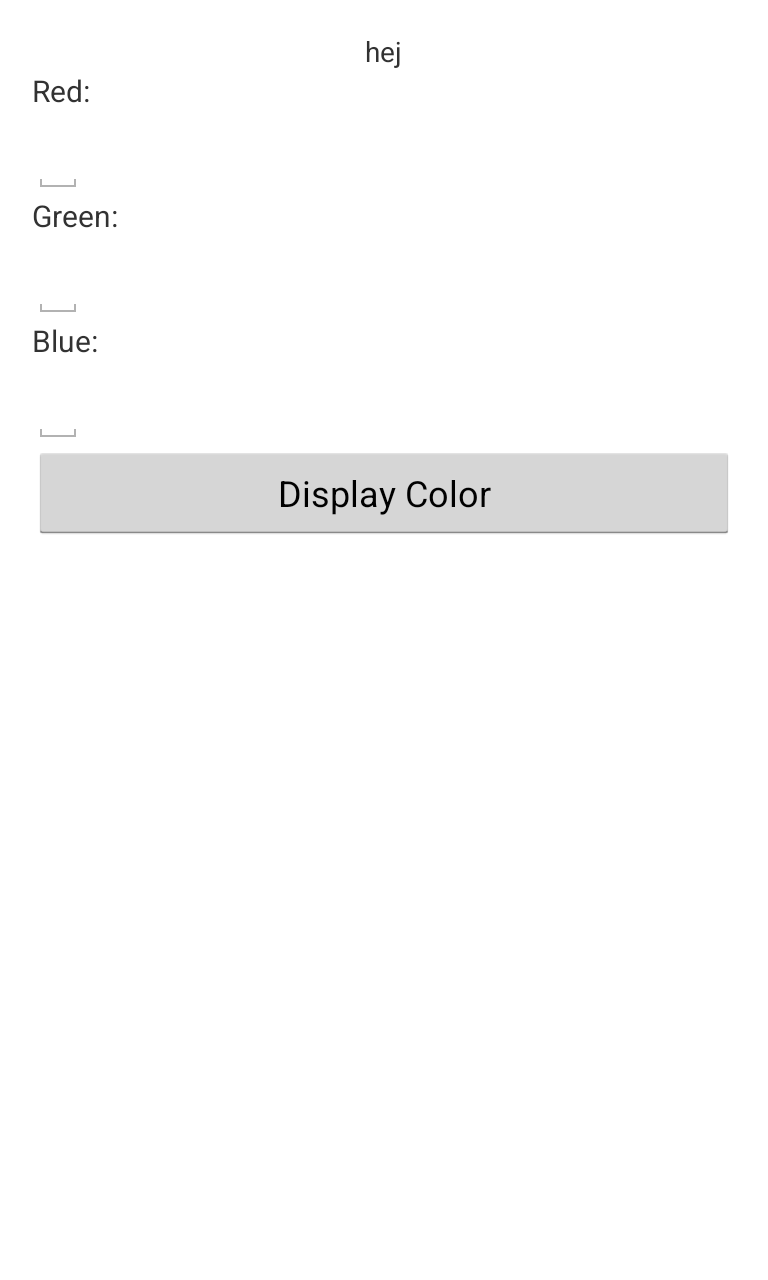
Repository: ek222mw/IDV436_API_Komponent
Layout: labb1_Colours/res/layout/activity_main.xml
The author's editor kept a copy of each file at every save. The layout is drawn from the files as they stood at one save, then again after the next save.
It is drawn on a 768 x 1280 px phone screen (xhdpi) without system bars, with theme AppTheme; the app's code is not run.

Above is the layout before, as saved 2014-11-17 14:55:02.

### labb1_Colours/res/layout/activity_main.xml
<LinearLayout xmlns:android="http://schemas.android.com/apk/res/android"
    xmlns:tools="http://schemas.android.com/tools"
    android:orientation="vertical"
    android:layout_width="match_parent"
    android:layout_height="match_parent"
    android:paddingBottom="@dimen/activity_vertical_margin"
    android:paddingLeft="@dimen/activity_horizontal_margin"
    android:paddingRight="@dimen/activity_horizontal_margin"
    android:paddingTop="@dimen/activity_vertical_margin"
    tools:context="com.example.randomize.RandomNum" >

    <TextView
       android:id="@+id/result"
        android:layout_width="wrap_content"
        android:layout_height="wrap_content"
        android:text="@string/result"
        android:layout_gravity="center"

         />



    <TextView

        android:layout_width="wrap_content"
        android:layout_height="wrap_content"
        android:text="@string/red"
        android:layout_gravity="left"
        android:textSize="15sp"
         />

    <EditText android:id="@+id/edit_text_red"

        android:layout_width="wrap_content"
        android:layout_height="wrap_content"
        android:textSize="20sp"
        android:hint="@string/edit_text_red" />

     <TextView

        android:layout_width="wrap_content"
        android:layout_height="wrap_content"
        android:text="@string/green"
        android:layout_gravity="left"
        android:textSize="15sp"
         />

    <EditText android:id="@+id/edit_text_green"

        android:layout_width="wrap_content"
        android:layout_height="wrap_content"
        android:textSize="20sp"
        android:hint="@string/edit_text_green" />

    <TextView
        android:layout_width="wrap_content"
        android:layout_height="wrap_content"
        android:text="@string/blue"
        android:layout_gravity="left"
        android:textSize="15sp"
         />

    <EditText
        android:id="@+id/edit_text_blue"
        android:layout_width="wrap_content"
        android:layout_height="wrap_content"
        android:gravity="center"
        android:textSize="20sp"
        android:hint="@string/edit_text_blue" />

    <Button android:id="@+id/Button_Send"
        android:layout_width="match_parent"
        android:layout_height="wrap_content"
        android:layout_gravity="center"
        android:text="@string/button_text" />



</LinearLayout>

### labb1_Colours/res/values/strings.xml
<?xml version="1.0" encoding="utf-8"?>
<resources>

    <string name="app_name">labb1_Colours</string>
    <string name="result">hej</string>
    <string name="red">Red:</string>
    <string name="edit_text_red"></string>
    <string name="green">Green:</string>
    <string name="edit_text_green"></string>
    <string name="blue">Blue:</string>
    <string name="edit_text_blue"></string>
    <string name="button_text">Display Color</string>
    <string name="action_settings">Settings</string>

</resources>

Loaded but not shown: labb1_Colours/res/values/styles.xml (common file); labb1_Colours/res/values-v11/styles.xml (common file); labb1_Colours/res/values-v14/styles.xml (common file); labb1_Colours/res/values/dimens.xml (common file); labb1_Colours/res/values-w820dp/dimens.xml (common file)

After the next save:
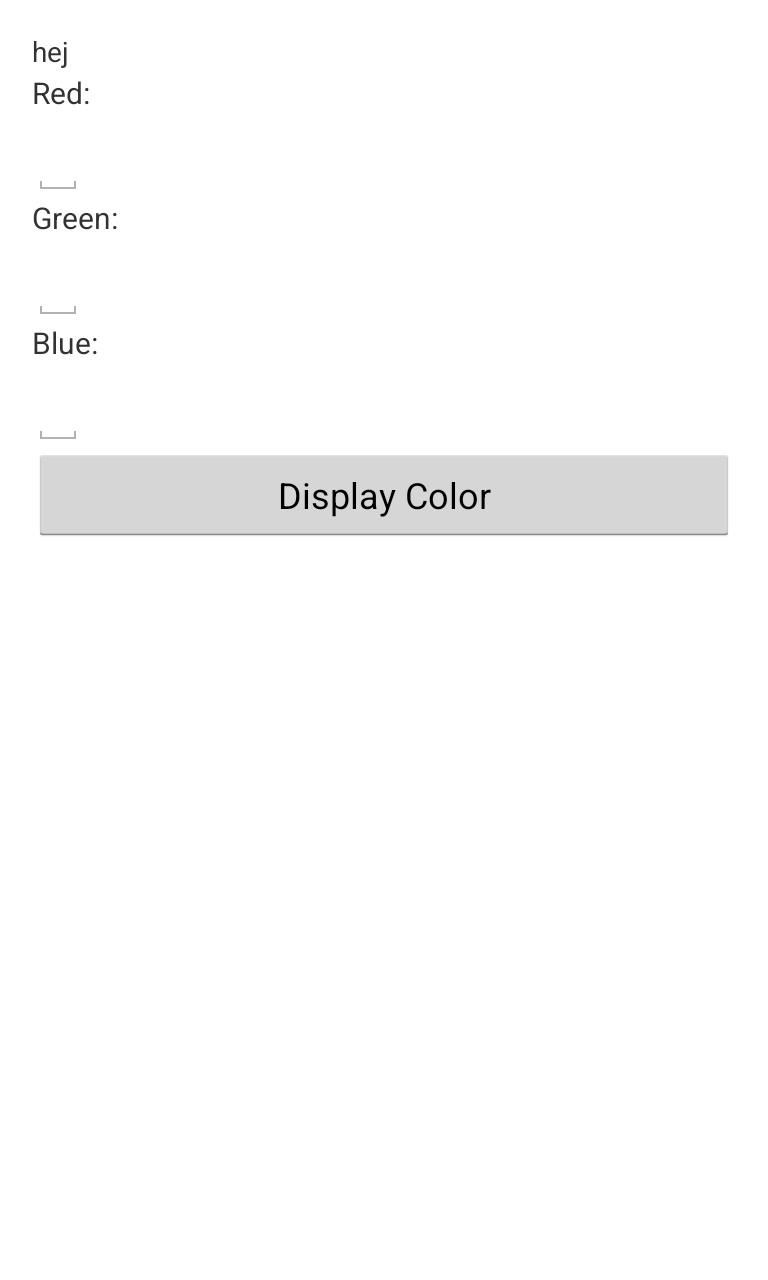
Saved 74 s later.
--- a/labb1_Colours/res/layout/activity_main.xml
+++ b/labb1_Colours/res/layout/activity_main.xml
@@ -14,7 +14,7 @@
         android:layout_width="wrap_content"
         android:layout_height="wrap_content"
         android:text="@string/result"
-        android:layout_gravity="center"
+        android:layout_height="20sp"
 
          />
 
